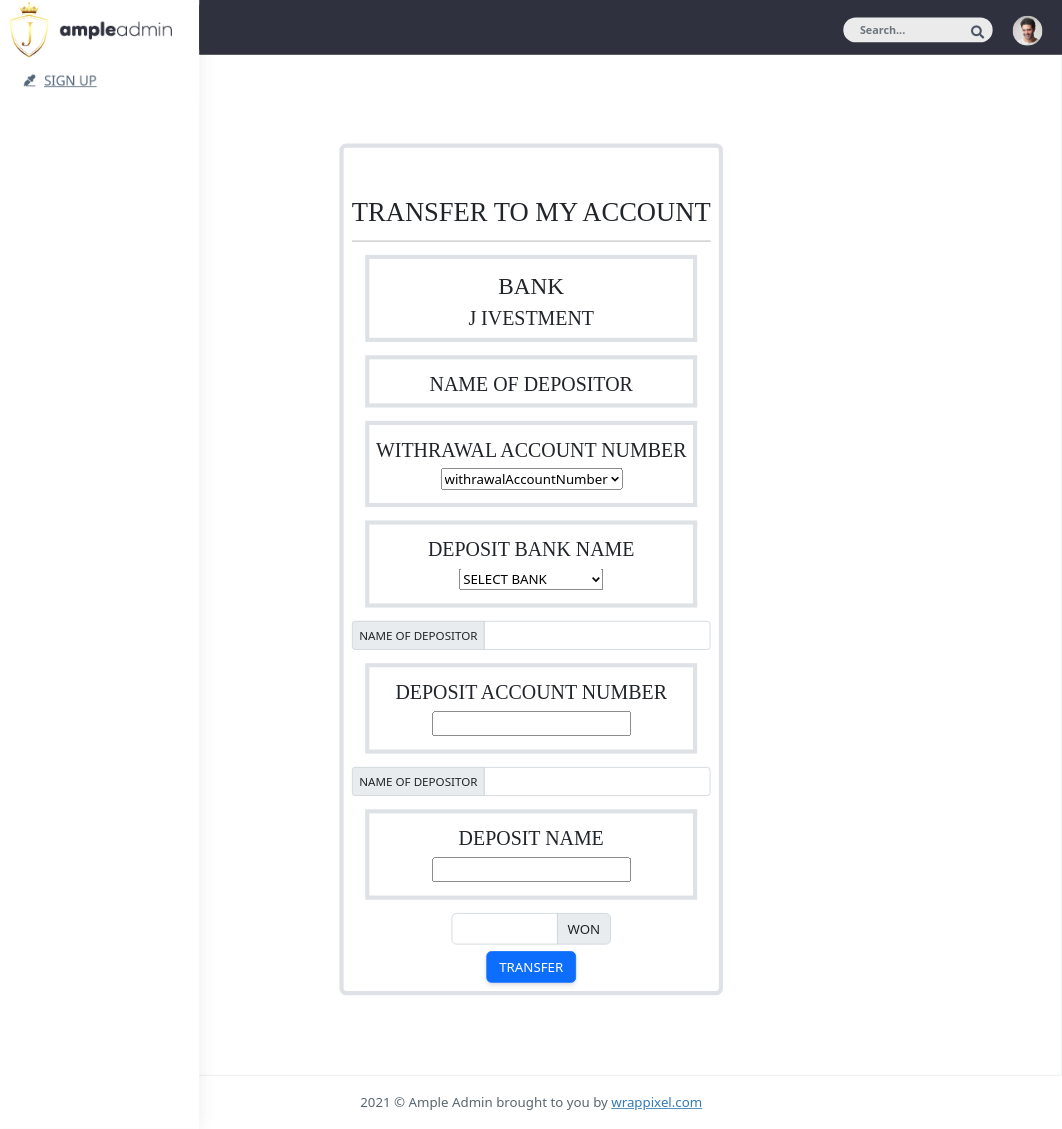
Repository: chopilyeon/HanaOpenBanking
Page: http://localhost/OpenBanking/jsp/bank/transferToOtherAccount.jsp
An editor plug-in stored every save of this project. The page is shown before and after the next save, followed by the edit.
The browser window is 1280 px wide. The pictures show the whole page, at 83% of full size.
Some web fonts or font styles are not loaded; a fallback is used. The page is served by Tomcat 9.

Above is the page before, as saved 2022-07-19 00:15:46.
Console error: TypeError: Cannot read properties of null (reading 'querySelector')

After the next save:
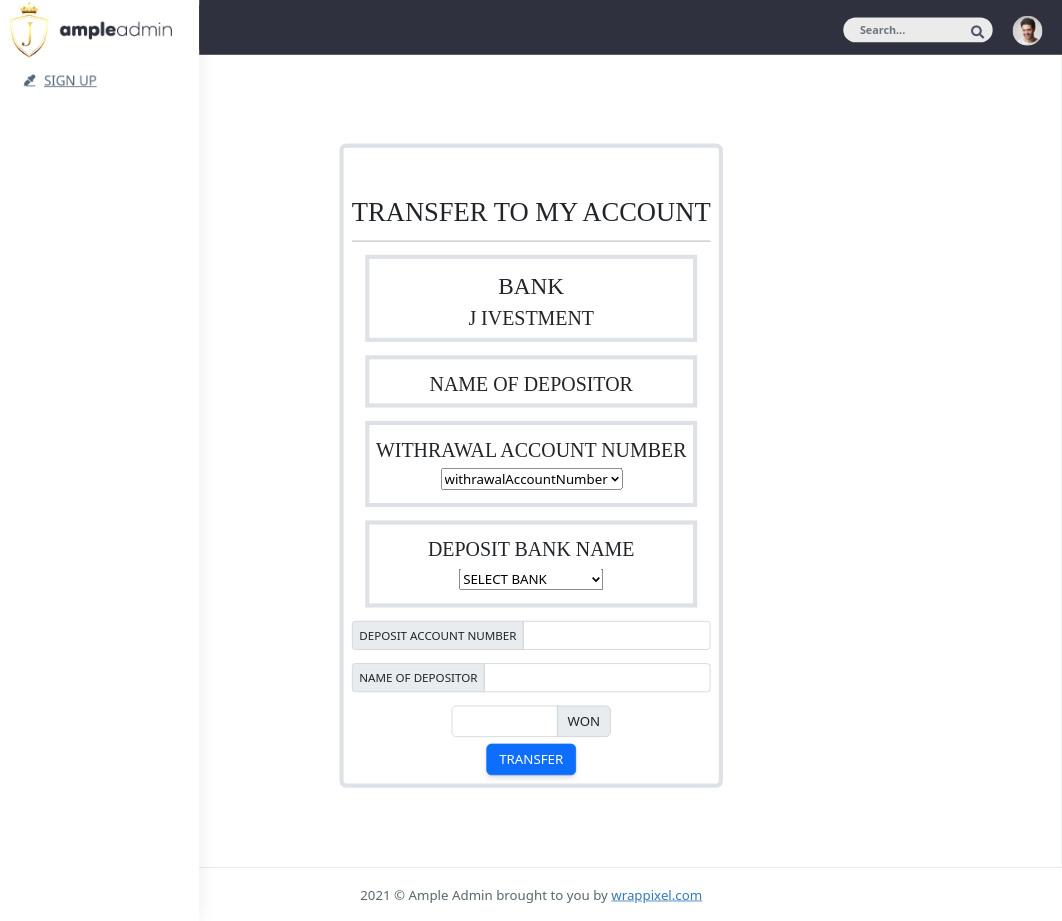
Saved 54 s later.
--- a/OpenBanking/src/main/webapp/jsp/bank/transferToOtherAccount.jsp
+++ b/OpenBanking/src/main/webapp/jsp/bank/transferToOtherAccount.jsp
@@ -93,27 +93,16 @@
 							</select>
 						</div>
 						<div class="input-group input-group-sm mb-3">
-						  <span class="input-group-text" id="inputGroup-sizing-sm">NAME OF DEPOSITOR</span>
-  						  <input type="text" name="depositName" class="form-control" aria-label="Sizing example input" aria-describedby="inputGroup-sizing-sm">
+						  <span class="input-group-text" id="inputGroup-sizing-sm">DEPOSIT ACCOUNT NUMBER</span>
+  						  <input type="text" name="depositAccountNumber" class="form-control" aria-label="Sizing example input" aria-describedby="inputGroup-sizing-sm">
 						</div>
 
-
-						<div class="box-text m-3 border">
-						<h4 class="mt-3">DEPOSIT ACCOUNT NUMBER</h4>
-							<input type="text" name="depositAccountNumber" class="mb-3" >
-						</div>
 
 						<div class="input-group input-group-sm mb-3">
 						  <span class="input-group-text" id="inputGroup-sizing-sm">NAME OF DEPOSITOR</span>
   						  <input type="text" name="depositName" class="form-control" aria-label="Sizing example input" aria-describedby="inputGroup-sizing-sm">
 						</div>
 
-
-
-						<div class="box-text m-3 border">
-						<h4 class="mt-3">DEPOSIT NAME</h4>
-							<input type="text" name="depositName" class="mb-3" >
-						</div>
 
 						<div class="input-group container w-50">
  							 <input type="number" name="tranAmount" class="form-control" aria-label="Dollar amount (with dot and two decimal places)">
